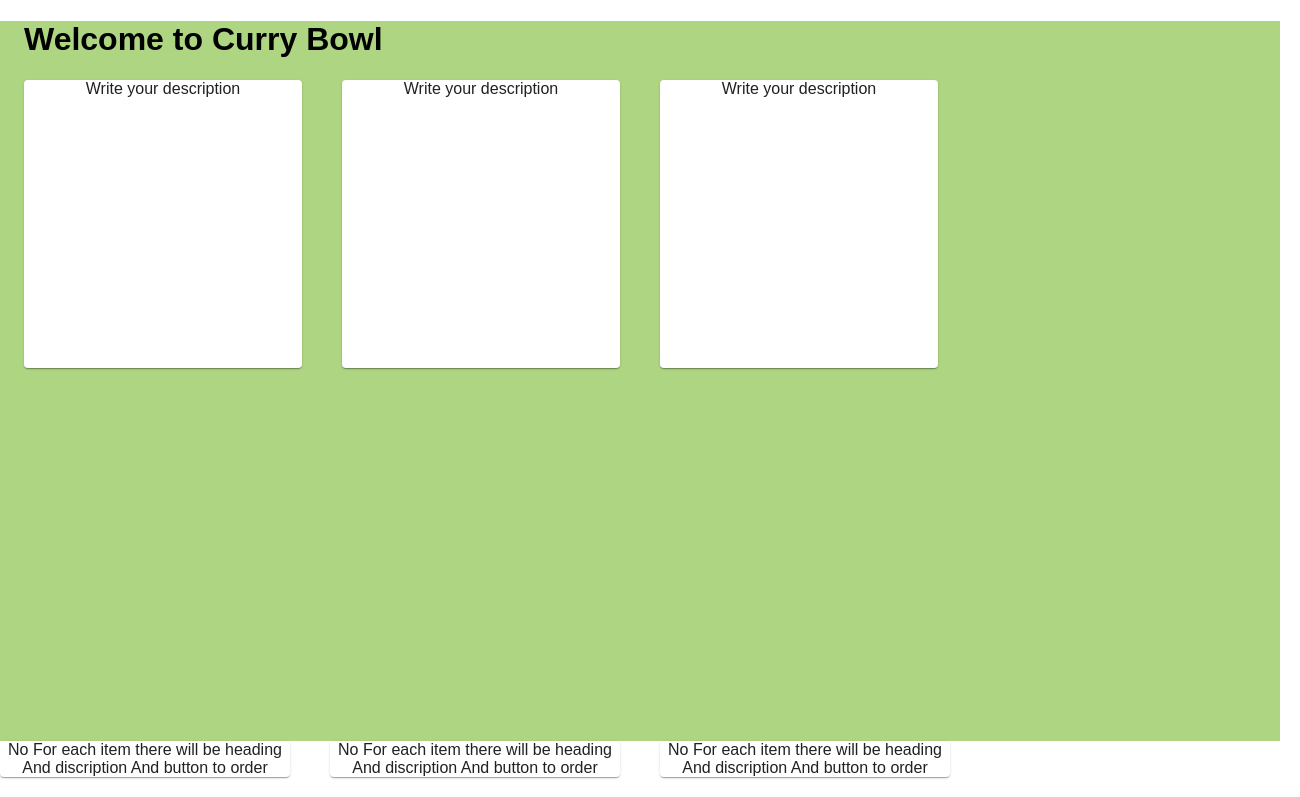
Repository: appikonda/food-order
Page: /
An editor plug-in stored every save of this project. The page is shown before and after the next save, followed by the edit.
The browser window is 1280 px wide. The page is 1300 px wide, so the pictures cover 1300 px, including what lies to the right of the window. The pictures show the whole page.
The project was rebuilt for these pictures with package versions that can differ from the ones it lists, and the page was loaded fresh each time. Also part of the build but not shown: webpack.config.js, src/App.css.

Above is the page before, as saved 2019-08-15 17:14:48.

### src/App.js
import React, { Component } from 'react';
import logo from './logo.svg';
import './App.css';
import OrderFood from './OrderFood.jsx'
class App extends Component {
  render() {
    return (
      <div>

           <OrderFood/>


    </div>
    );
  }
}

export default App;

### src/OrderFood.jsx
import React, { Component } from 'react';

import Typography from '@material-ui/core/Typography';
import Container from '@material-ui/core/Container';
import ExpansionPanel from '@material-ui/core/ExpansionPanel';
import ExpansionPanelDetails from '@material-ui/core/ExpansionPanelDetails';
import ExpansionPanelSummary from '@material-ui/core/ExpansionPanelSummary';
import Iframe from 'react-iframe'
import Grid from '@material-ui/core/Grid';
import { makeStyles  } from '@material-ui/core/styles';


import Paper from '@material-ui/core/Paper';



class OrderFood extends Component {


  render() {
    return (
      <div >

      <Container  fixed style={{ backgroundColor: '#aed581', height: '100vh' }}>
      <h1>Welcome to Curry Bowl</h1>
      <Grid container spacing={5}>

        <Grid item xs={6} sm={3}  >
          <Paper style={{  textAlign: 'center',  color: '#212121', height: '40vh'  }}>
             Write your description

          </Paper>
        </Grid>
        <Grid item xs={6} sm={3} >
          <Paper style={{  textAlign: 'center',  color: '#212121', height: '40vh'  }}>
             Write your description

          </Paper>
        </Grid>
        <Grid item xs={6} sm={3} >
          <Paper style={{  textAlign: 'center',  color: '#212121', height: '40vh'  }}>
             Write your description

          </Paper>
        </Grid>


  </Grid>



      </Container>
      {this.renderGridOptions()}



      </div>
    );
  }
//One for biryani orders // 6.99
//One for one curry options// 5.99/
//One for 2 curry options //6.99
//One for full plate options //8.99

renderGridOptions(){

  return (
    <div >
    <Grid container spacing={5}>

        <Grid item xs={6} sm={3}  >
          <Paper style={{      textAlign: 'center',      color: '#212121'  }}>No   For each item there will be heading
  And discription
  And button to order</Paper>
        </Grid>
        <Grid item xs={6} sm={3} >
          <Paper style={{  textAlign: 'center',  color: '#212121'  }}>
        No
  For each item there will be heading
  And discription
  And button to order</Paper>
        </Grid>
        <Grid item xs={6} sm={3}>
          <Paper style={{

  textAlign: 'center',
  color: '#212121'
  }}>No
  For each item there will be heading
  And discription
  And button to order</Paper>
        </Grid>

  </Grid>
  </div>
  );

}


renderOptions(){



  return(
    <div>
      <ExpansionPanel  >
        <ExpansionPanelSummary
          aria-controls="panel1bh-content"
          id="panel1bh-header"
        ><b>Order Biryani</b>


        </ExpansionPanelSummary>
        <ExpansionPanelDetails>

          <Iframe url="https://docs.google.com/forms/d/e/1FAIpQLSdyKr7HLqYcw9uLIflgbRmy-7WHtb8fDuJuym8K5pYcW45q3g/viewform"
         width="900px"
         height="600px"
            />

        </ExpansionPanelDetails>
      </ExpansionPanel>
      <ExpansionPanel >
        <ExpansionPanelSummary

          aria-controls="panel2bh-content"
          id="panel2bh-header"
        >
          Order One Curry Plate

        </ExpansionPanelSummary>
        <ExpansionPanelDetails>
          <Typography>
          Linkk to add One Curry Plate
          </Typography>
        </ExpansionPanelDetails>
      </ExpansionPanel>
      <ExpansionPanel  >
        <ExpansionPanelSummary

          aria-controls="panel3bh-content"
          id="panel3bh-header"
        >
          Order two Curry Plate
        </ExpansionPanelSummary>
        <ExpansionPanelDetails>
          <Typography>
          Linkk to add two curries plaues
          </Typography>
        </ExpansionPanelDetails>
      </ExpansionPanel>
      <ExpansionPanel >
        <ExpansionPanelSummary

          aria-controls="panel4bh-content"
          id="panel4bh-header"
        >
          <Typography>Full Plate </Typography>
        </ExpansionPanelSummary>
        <ExpansionPanelDetails>
          <Typography>
            Nunc vitae orci ultricies, auctor nunc in, volutpat nisl. Integer sit amet egestas eros,
            vitae egestas augue. Duis vel est augue.
          </Typography>
        </ExpansionPanelDetails>
      </ExpansionPanel>
    </div>
  );


}


}

export default OrderFood;

Loaded but not shown: public/index.html (common file); src/index.js (common file); src/index.css (common file)

After the next save:
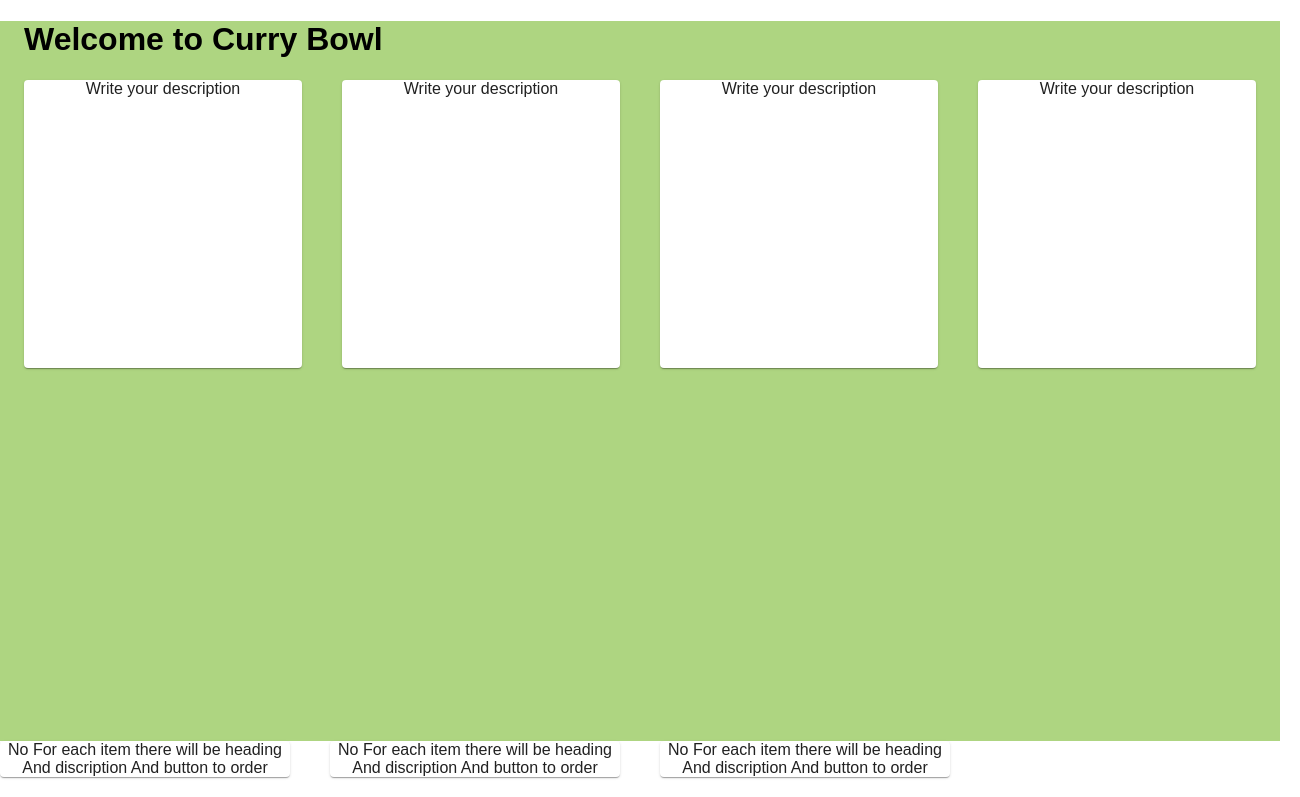
Saved 54 s later.
--- a/src/OrderFood.jsx
+++ b/src/OrderFood.jsx
@@ -43,7 +43,12 @@ class OrderFood extends Component {
 
           </Paper>
         </Grid>
+        <Grid item xs={6} sm={3} >
+          <Paper style={{  textAlign: 'center',  color: '#212121', height: '40vh'  }}>
+             Write your description
 
+          </Paper>
+        </Grid>
 
   </Grid>
 
